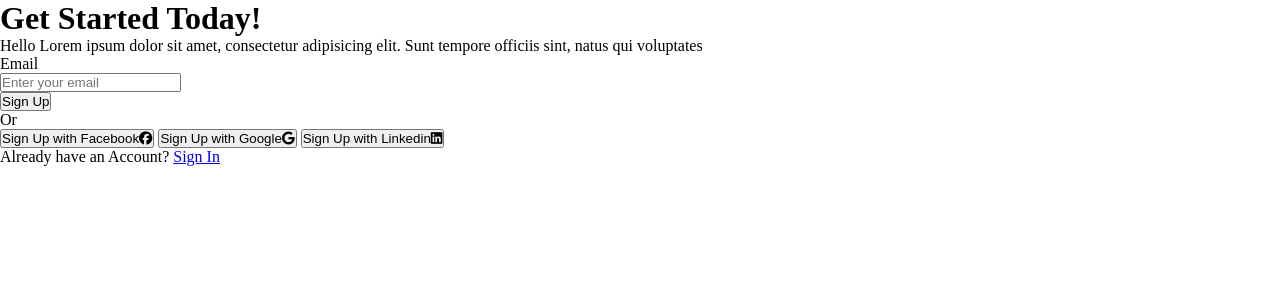
Repository: Femi007-gh/Login-V2
Page: index.html
These files come from the project's save history. The page is drawn as it stood at one moment and after the next save; the edit follows.
The browser window is 1280 px wide. The pictures show the whole page.

Above is the page before, as saved 2025-01-23 07:36:39.

### index.html
<html>
    <head>
        <title></title>
  <link rel="stylesheet" href="style.css">
  <link rel="stylesheet" href="https://cdnjs.cloudflare.com/ajax/libs/font-awesome/6.5.0/css/all.min.css">
    </head>
    <body>
        <div class="container">
            <div class="left-session">
                <div class="form-container">
                    <h1>Get Started Today!</h1>
                    <p> Hello Lorem ipsum dolor sit amet, consectetur adipisicing elit. Sunt tempore officiis sint, natus qui voluptates </p>
                    <form>
                        <div class="input-group">
                            <p>Email</p>
                            <input type="email" id="email" placeholder="Enter your email" required>
                        </div>
                        <button class="primary-btn" type="submit">Sign Up</button>
                    </form>
                    <p class="divider">Or</p>
                    <div class="social-buttons">
                        <button class="social-buttons-facebook-btn">
                            Sign Up with Facebook<i class="fa-brands fa-facebook"></i>
                        </button>
                        <button class="social-buttons-google-btn">
                            Sign Up with Google<i class="fa-brands fa-google"></i>
                        </button>
                        <button class="social-buttons-Linkedin-btn">
                            Sign Up with Linkedin<i class="fa-brands fa-linkedin"></i>
                        </button>
                    </div>
                    <p>Already have an Account? <a href="#">Sign In</a></p>
                </div>
            </div>
            <div class="right-section"></div>
        </div>
    </body>
</html>

Loaded but not shown: style.css (common file)

After the next save:
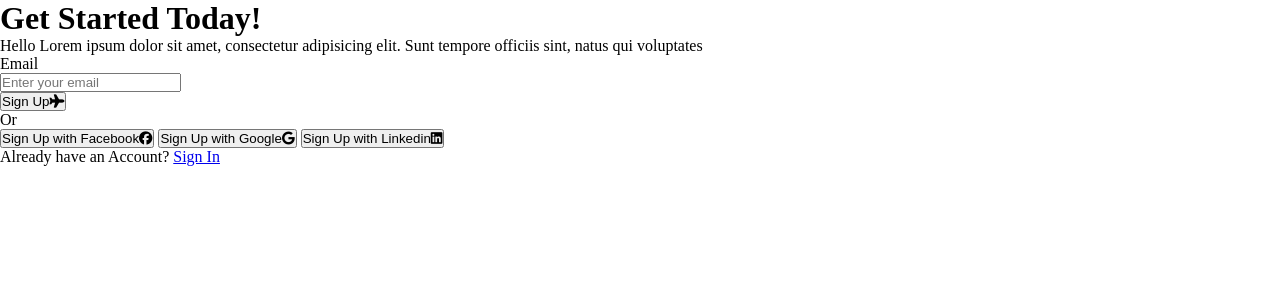
Saved 27 s later.
--- a/index.html
+++ b/index.html
@@ -15,7 +15,7 @@
                             <p>Email</p>
                             <input type="email" id="email" placeholder="Enter your email" required>
                         </div>
-                        <button class="primary-btn" type="submit">Sign Up</button>
+                        <button class="primary-btn" type="submit">Sign Up<i class="fa-solid fa-plane"></i></button>
                     </form>
                     <p class="divider">Or</p>
                     <div class="social-buttons">
